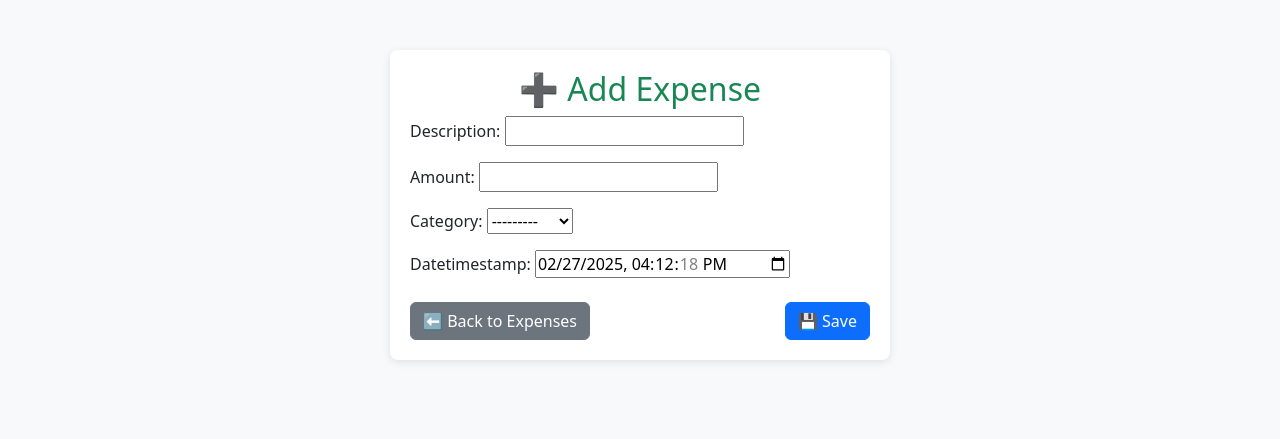
Repository: Jijiluzana225/lugawan_pitlane
Page: http://localhost/expenses/add/
The author's editor kept a copy of each file at every save. The page is drawn from the files as they stood at one save, then again after the next save.
The browser window is 1280 px wide. The pictures show the whole page.
The page is served by the project's application, run on Django 5.2 (manage.py).

Above is the page before, as saved 2025-03-07 09:22:15.

After the next save:
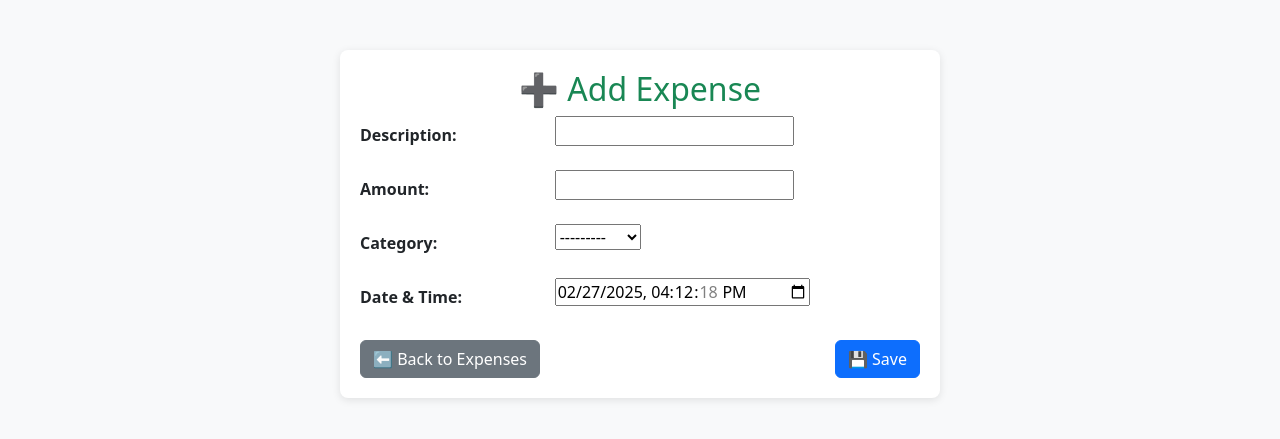
Saved 95 s later.
--- a/pos/templates/pos/expense_form.html
+++ b/pos/templates/pos/expense_form.html
@@ -14,7 +14,7 @@
             background-color: #f8f9fa;
         }
         .form-container {
-            max-width: 500px;
+            max-width: 600px;
             margin: 50px auto;
             padding: 20px;
             background: #ffffff;
@@ -33,7 +33,30 @@
 
         <form method="post">
             {% csrf_token %}
-            {{ form.as_p }}
+            <div class="row mb-3">
+                <label for="id_description" class="col-sm-4 col-form-label fw-bold">Description:</label>
+                <div class="col-sm-8">
+                    {{ form.description }}
+                </div>
+            </div>
+            <div class="row mb-3">
+                <label for="id_amount" class="col-sm-4 col-form-label fw-bold">Amount:</label>
+                <div class="col-sm-8">
+                    {{ form.amount }}
+                </div>
+            </div>
+            <div class="row mb-3">
+                <label for="id_category" class="col-sm-4 col-form-label fw-bold">Category:</label>
+                <div class="col-sm-8">
+                    {{ form.category }}
+                </div>
+            </div>
+            <div class="row mb-3">
+                <label for="id_datetimestamp" class="col-sm-4 col-form-label fw-bold">Date & Time:</label>
+                <div class="col-sm-8">
+                    {{ form.datetimestamp }}
+                </div>
+            </div>
             <div class="d-flex justify-content-between mt-4">
                 <a href="{% url 'expense_list' %}" class="btn btn-secondary">
                     ⬅️ Back to Expenses
